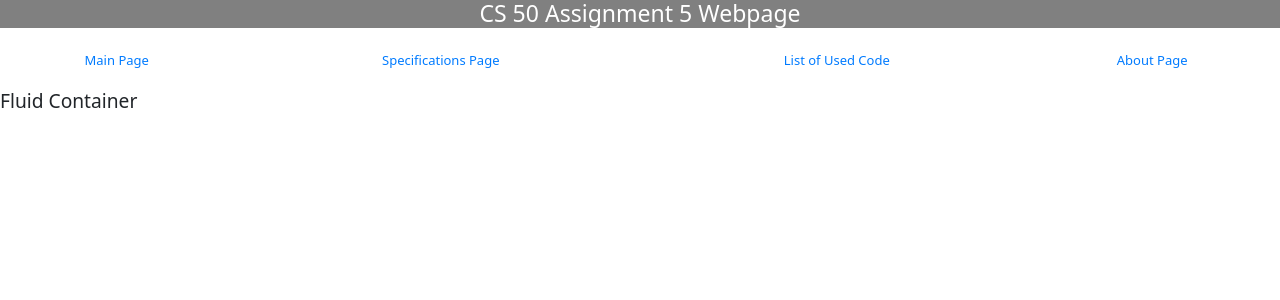
Repository: RSchwinn/cs50
Page: workspace/pset5/homepage/index.html
The author's editor kept a record of every edit. The page is drawn from the files as they stood at one moment, then again after the next edit.
The browser window is 1280 px wide. The pictures show the whole page.

Above is the page before.

After the next edit:
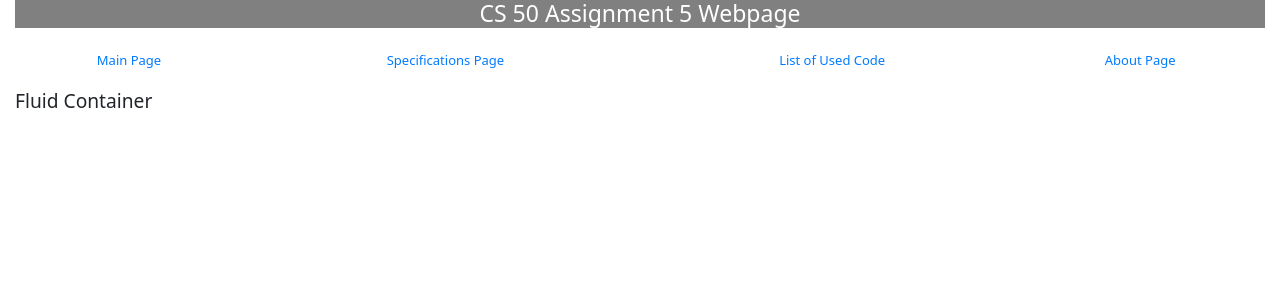
The edit:
--- a/workspace/pset5/homepage/index.html
+++ b/workspace/pset5/homepage/index.html
@@ -12,7 +12,8 @@
         <title>CS 50 Assignment 5 Webpage </title>
     </head>
     <body>
-        <h1> CS 50 Assignment 5 Webpage </h1>
+<div class="container-fluid">
+            <h1> CS 50 Assignment 5 Webpage </h1>
 <table>
   <tr>
 <td><a href="index.html">Main Page</a> </td>
